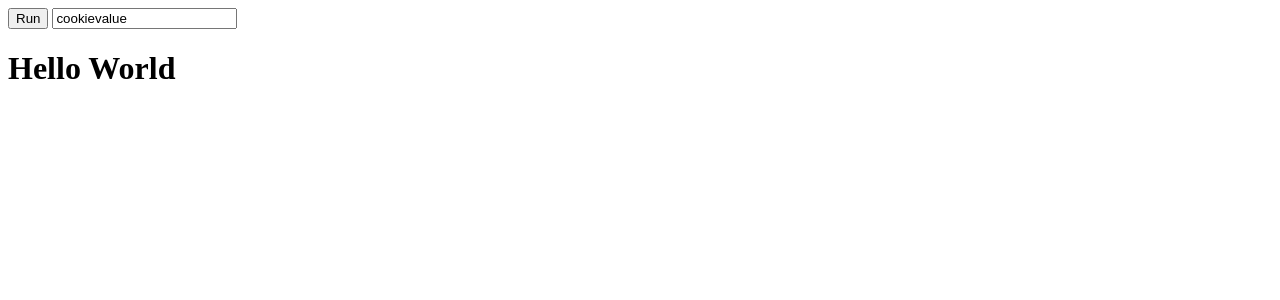
Repository: SarahG4000/workshop-cookies
Page: http://localhost/index.php
The author's editor kept a copy of each file at every save. The page is drawn from the files as they stood at one save, then again after the next save.
The browser window is 1280 px wide. The pictures show the whole page.
The page is run by PHP 8.4 with error messages shown; the project is at /var/www/html/.

Above is the page before, as saved 2020-09-02 00:03:37.

### src/index.php
<?php
include './php/cookies.php'; ?>

<!DOCTYPE html>
<html lang="en">

<head>
    <meta charset="UTF-8">
    <meta name="viewport" content="width=device-width, initial-scale=1.0">
    <title>Workshop</title>
</head>

<body>
    <div id="app">
        <button id="run">Run</button>

        <input type="text" value="cookievalue" />


        <?php HelloWorld(); ?>
    </div>
    <script src="./javasscript/cookies.js"></script>

</body>

</html>

### src/php/cookies.php
<?php
$hello = 'hello World';

function HelloWorld()
{
    echo '<h1>Hello World</h1>';
}

?>

### src/javasscript/cookies.js
const hello = "Hello World";
// const name = "teste1";

document.querySelector("#run").addEventListener("click", () => {
  console.log(hello);
});

function createCookie(name, value, days) {
  if (days) {
    const date = new Date();
    date.setTime(date.getTime() + days * 24 * 60 * 60 * 1000);
    var expires = "; expires=" + date.toGMTString();
  } else var expires = "";
  document.cookie = name + "=" + value + expires + "; path=/";
}

function readCookie(name) {
  let nameEQ = name + "=";
  let ca = document.cookie.split(";");
  for (let i = 0; i < ca.length; i++) {
    let c = ca[i];
    while (c.charAt(0) == " ") c = c.substring(1, c.length);
    if (c.indexOf(nameEQ) == 0) return c.substring(nameEQ.length, c.length);
  }
  return null;
}

function eraseCookie(name) {
  createCookie(name, "", -1);
}

After the next save:
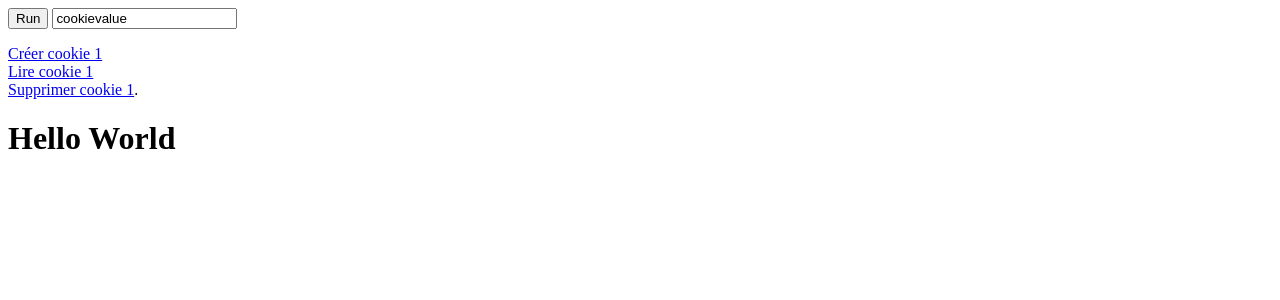
Saved 69 s later.
--- a/src/index.php
+++ b/src/index.php
@@ -15,6 +15,9 @@ include './php/cookies.php'; ?>
         <button id="run">Run</button>
 
         <input type="text" value="cookievalue" />
+        <p><a href="javascript:saveIt('ppkcookie1')" class="page">Créer cookie 1</a><br>
+<a href="javascript:readIt('ppkcookie1')" class="page">Lire cookie 1</a><br>
+<a href="javascript:eraseIt('ppkcookie1')" class="page">Supprimer cookie 1</a>.</p>
 
 
         <?php HelloWorld(); ?>
